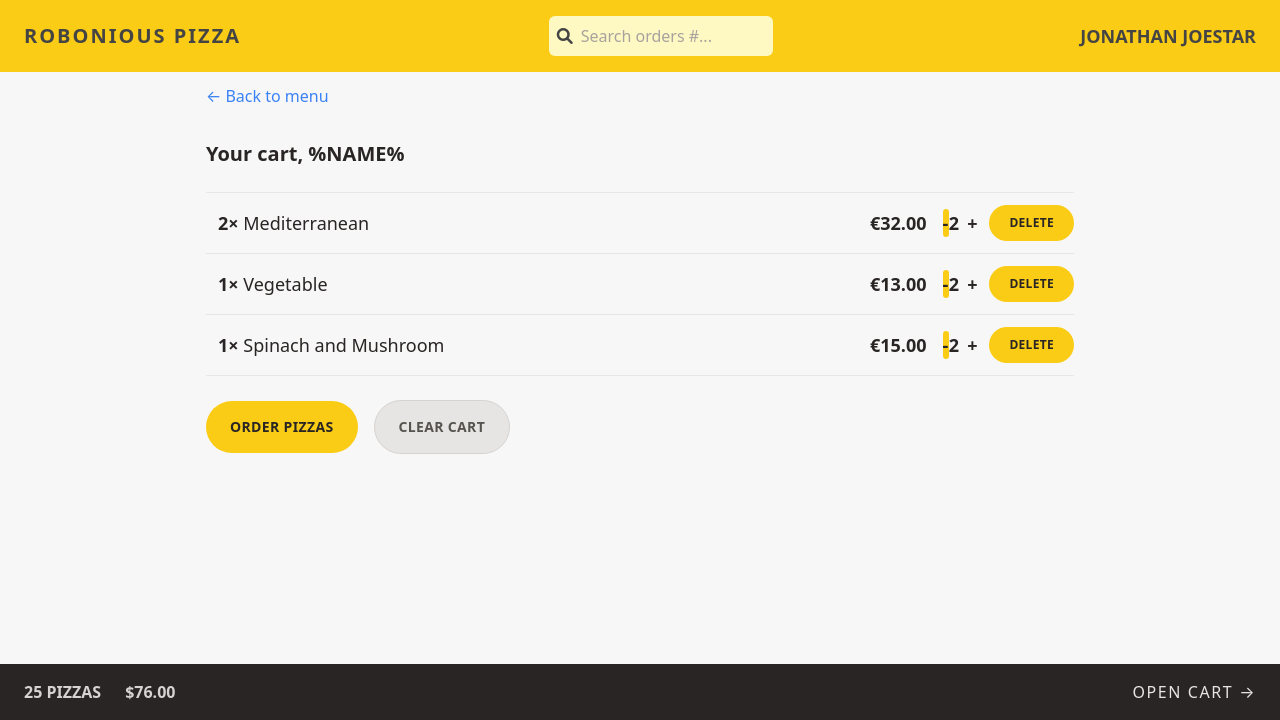
Repository: Alexro04/fast-food
Page: /cart (app in fast-food/)
The author's editor kept a copy of each file at every save. The page is drawn from the files as they stood at one save, then again after the next save.
The browser window is 1280 px wide. The pictures show the whole page.
The project was rebuilt for these pictures with package versions that can differ from the ones it lists, and the page was loaded fresh each time. Also part of the build but not shown: fast-food/vite.config.js, fast-food/src/features/user/CreateUser.jsx, fast-food/src/ui/Home.jsx, fast-food/src/ui/Loading.jsx, fast-food/src/utils/apiRestaurant.js, fast-food/src/features/order/OrderItem.jsx, fast-food/src/features/order/Order.jsx, fast-food/src/features/menu/MenuItem.jsx and 3 more.

Above is the page before, as saved 2025-03-14 07:19:05.

### fast-food/index.html
<!doctype html>
<html lang="en">
  <head>
    <meta charset="UTF-8" />
    <link rel="icon" type="image/svg+xml" href="/vite.svg" />
    <link
      rel="stylesheet"
      href="https://cdnjs.cloudflare.com/ajax/libs/font-awesome/6.0.0-beta3/css/all.min.css"
    />
    <meta name="viewport" content="width=device-width, initial-scale=1.0" />
    <title>Vite + React</title>
  </head>
  <body>
    <div id="root"></div>
    <script type="module" src="/src/main.jsx"></script>
  </body>
</html>

### fast-food/src/index.css
@tailwind base;
@tailwind components;
@tailwind utilities;
@layer components {
  .input {
    @apply rounded-full border border-stone-200 px-4 py-2 transition-all duration-300 focus:outline-none focus:ring focus:ring-yellow-300 md:px-6 md:py-3;
  }
}

body {
  font-family:
    system-ui,
    -apple-system,
    BlinkMacSystemFont,
    "Segoe UI",
    Roboto,
    Oxygen,
    Ubuntu,
    Cantarell,
    "Open Sans",
    "Helvetica Neue",
    sans-serif;
  background-color: #f7f7f7;
  color: #444;
}

.layout {
  display: grid;
  grid-template-rows: auto 1fr auto;
  gap: 32px;
  height: 100dvh;
}

/* https://dev.to/afif/i-made-100-css-loaders-for-your-next-project-4eje */
.loader {
  width: 45px;
  aspect-ratio: 0.75;
  --c: no-repeat linear-gradient(#333 0 0);
  background:
    var(--c) 0% 50%,
    var(--c) 50% 50%,
    var(--c) 100% 50%;
  background-size: 20% 50%;
  animation: loading 1s infinite linear;
}

@keyframes loading {
  20% {
    background-position:
      0% 0%,
      50% 50%,
      100% 50%;
  }
  40% {
    background-position:
      0% 100%,
      50% 0%,
      100% 50%;
  }
  60% {
    background-position:
      0% 50%,
      50% 100%,
      100% 0%;
  }
  80% {
    background-position:
      0% 50%,
      50% 50%,
      100% 100%;
  }
}

### fast-food/src/App.jsx
import { createBrowserRouter, RouterProvider } from "react-router-dom"
import Home from "./ui/Home"
import AppLayout from "./ui/AppLayout"
import Cart from './features/cart/Cart'
import Order, { loader as orderLoader } from './features/order/Order'
import Menu, { loader as menuLoader } from './features/menu/Menu'
import Error from './ui/Error'
import CreateOrder, { action as createOrderAction } from "./features/order/CreateOrder"

function App() {
  const router = createBrowserRouter([
    {
      element: <AppLayout />,
      errorElement: <Error />,
      children: [
        {
          path: '/',
          element: <Home />
        },
        {
          path: '/cart',
          element: <Cart />
        },
        {
          path: '/order/:orderId',
          element: <Order />,
          loader: orderLoader,
          errorElement: <Error />
        },
        {
          path: '/order/new',
          element: <CreateOrder />,
          action: createOrderAction
        },
        {
          path: '/menu',
          element: <Menu />,
          loader: menuLoader,
          errorElement: <Error />
        },
      ]
    }
  ])

  return (
    <RouterProvider router={router} />
  )
}

export default App

### fast-food/src/ui/AppLayout.jsx
import { Outlet, useNavigation } from "react-router-dom";
import Header from "./Header";
import Loading from "./Loading";
import Footer from "./Footer";

export default function AppLayout() {
  const navigation = useNavigation();
  const isLoading = navigation.state === "loading";

  return (
    <div className="grid h-screen grid-rows-[auto_1fr_auto]">
      {isLoading && <Loading />}
      <Header />
      <main className="flex overflow-y-scroll">
        <div className="mx-auto w-full max-w-[900px]">
          <Outlet />
        </div>
      </main>
      <Footer />
    </div>
  );
}

### fast-food/src/features/cart/Cart.jsx
import { Link } from "react-router-dom";
import Button from "../../ui/Button";
import CartItem from "./CartItem";

const fakeCart = [
  {
    pizzaId: 12,
    name: "Mediterranean",
    quantity: 2,
    unitPrice: 16,
    totalPrice: 32,
  },
  {
    pizzaId: 6,
    name: "Vegetable",
    quantity: 1,
    unitPrice: 13,
    totalPrice: 13,
  },
  {
    pizzaId: 11,
    name: "Spinach and Mushroom",
    quantity: 1,
    unitPrice: 15,
    totalPrice: 15,
  },
];

function Cart() {
  const cart = fakeCart;

  return (
    <div className="px-4 py-3 text-stone-800">
      <Link to="/menu" className="text-blue-500" font-semibold>
        &larr; Back to menu
      </Link>

      <h2 className="mt-8 text-xl font-semibold">Your cart, %NAME%</h2>
      <ul className="my-6 divide-y divide-stone-200 border-y">
        {cart.map((item) => (
          <div className="flex items-center justify-between">
            <CartItem item={item} />
            <Button type="small">delete</Button>
          </div>
        ))}
      </ul>
      <div className="space-x-4">
        <Button type="primary" to="/order/new">
          Order pizzas
        </Button>
        <Button type="secondary">Clear cart</Button>
      </div>
    </div>
  );
}

export default Cart;

### fast-food/src/ui/Header.jsx
import { Link } from "react-router-dom";
import Search from "./Search";

function Header() {
  return (
    <header className="flex items-center justify-between bg-yellow-400 px-3 py-4 sm:px-6">
      <Link
        to="/"
        className="whitespace-nowrap text-lg font-semibold uppercase tracking-wider sm:tracking-widest md:text-xl"
      >
        Robonious Pizza
      </Link>
      <Search />
      <p className="hidden text-base font-semibold uppercase sm:block md:text-lg">
        Jonathan Joestar
      </p>
    </header>
  );
}

export default Header;

### fast-food/src/ui/Footer.jsx
import { Link } from "react-router-dom";

function Footer() {
  return (
    <div className="flex justify-between bg-stone-800 px-3 py-4 text-sm uppercase text-stone-200 sm:px-6 md:text-base">
      <p className="space-x-2 font-semibold text-stone-300 sm:space-x-6">
        <span>25 pizzas</span>
        <span>$76.00</span>
      </p>
      <Link to="/cart" className="tracking-widest">
        open cart &rarr;
      </Link>
    </div>
  );
}

export default Footer;

### fast-food/src/ui/Button.jsx
import React from "react";
import { Link } from "react-router-dom";

function Button({ children, disabled, type, to }) {
  const base =
    "inline-block h-fit tracking-wide disabled:cursor-not-allowed rounded-full transition-colors duration-300 font-semibold uppercase focus:outline-none focus:ring-2 focus:ring-offset-2 ";

  const base_primary =
    base +
    "bg-yellow-400 text-stone-800 hover:bg-yellow-300 focus:bg-yellow-300 focus:ring-yellow-300 ";

  const base_secondary =
    base +
    "bg-stone-200 text-stone-600 border border-stone-300 hover:bg-stone-800 hover:text-stone-200 focus:bg-stone-800 focus:text-stone-200 focus:ring-stone-800 ";

  const style = {
    primary: base_primary + "px-4 py-3 text-sm md:px-6 md:py-4",
    secondary: base_secondary + "px-4 py-3 text-sm md:px-6 md:py-4",
    small: base_primary + "px-4 py-2 text-xs md:px-5 md:py-2.5",
    circle: base_primary + "",
  };

  if (to)
    return (
      <Link to={to} className={style[type]}>
        {children}
      </Link>
    );

  return (
    <button disabled={disabled} className={style[type]}>
      {children}
    </button>
  );
}

export default Button;

### fast-food/src/features/cart/CartItem.jsx
import Button from "../../ui/Button";
import { formatCurrency } from "../../utils/helpers";

function CartItem({ item }) {
  const { pizzaId, name, quantity, totalPrice } = item;

  return (
    <li className="flex grow items-center justify-between px-2 py-3 sm:px-3 sm:py-4 sm:text-lg">
      <p>
        <span className="font-semibold">{quantity}&times;</span> {name}
      </p>
      <div className="flex gap-4 font-semibold">
        <p>{formatCurrency(totalPrice)}</p>
        <div className="space-x-2">
          <Button type="circle">-</Button>2<Button>+</Button>
        </div>
      </div>
    </li>
  );
}

export default CartItem;

### fast-food/src/ui/Search.jsx
import { useState } from "react";
import { useNavigate } from "react-router-dom";

function Search() {
  const [query, setQuery] = useState("");
  const navigate = useNavigate();

  function handleSubmit(e) {
    e.preventDefault();
    if (!query) return;
    navigate(`/order/${query}`);
    setQuery("");
  }

  return (
    <form onSubmit={handleSubmit} className="relative flex items-center">
      <i class="fas fa-search absolute left-2"></i>
      <input
        type="text"
        value={query}
        onChange={(e) => setQuery(e.target.value)}
        placeholder="Search orders #..."
        className="duration- rounded-md bg-yellow-100 py-2 pl-8 pr-4 transition-all placeholder:text-stone-400 focus:outline-none focus:ring focus:ring-yellow-500 focus:ring-opacity-50 sm:w-56 sm:focus:w-72 sm:focus:ring"
      />
    </form>
  );
}

export default Search;

Loaded but not shown: fast-food/src/main.jsx (common file); fast-food/src/utils/helpers.js (common file); fast-food/tailwind.config.js (common file)

After the next save:
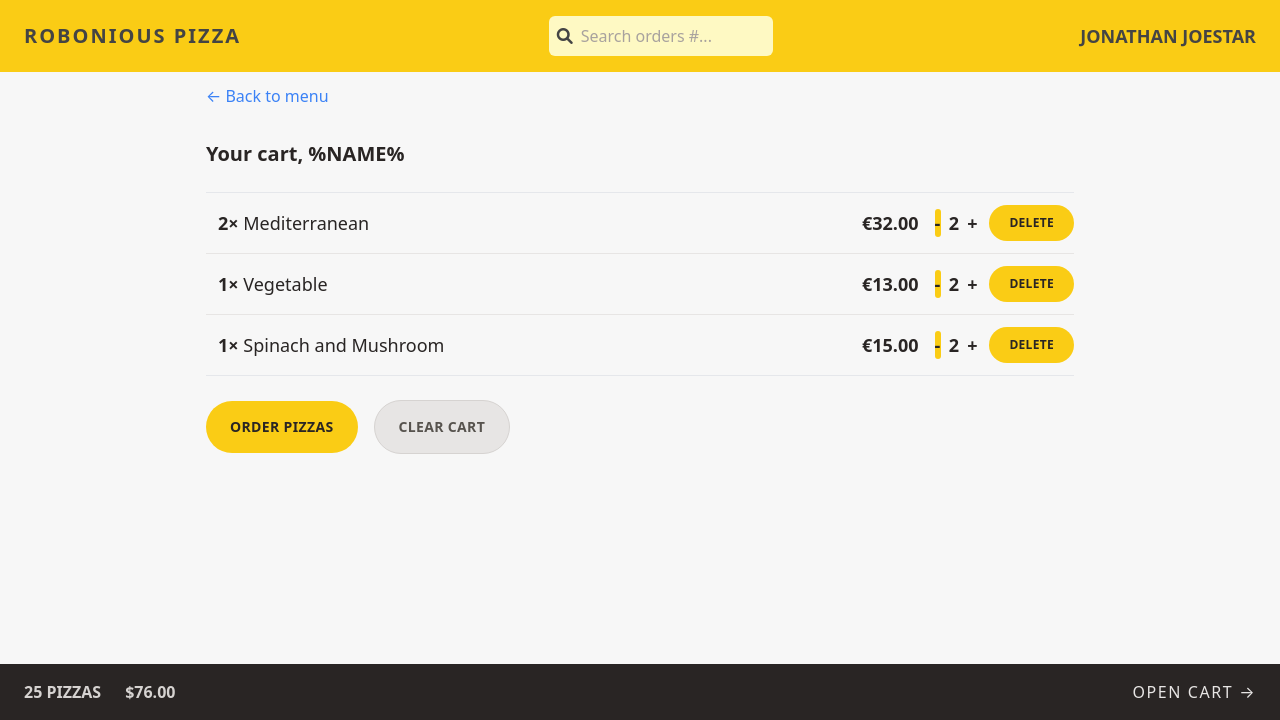
Saved 20 s later.
--- a/fast-food/src/features/cart/CartItem.jsx
+++ b/fast-food/src/features/cart/CartItem.jsx
@@ -12,7 +12,9 @@ function CartItem({ item }) {
       <div className="flex gap-4 font-semibold">
         <p>{formatCurrency(totalPrice)}</p>
         <div className="space-x-2">
-          <Button type="circle">-</Button>2<Button>+</Button>
+          <Button type="circle">-</Button>
+          <span>2</span>
+          <Button>+</Button>
         </div>
       </div>
     </li>
